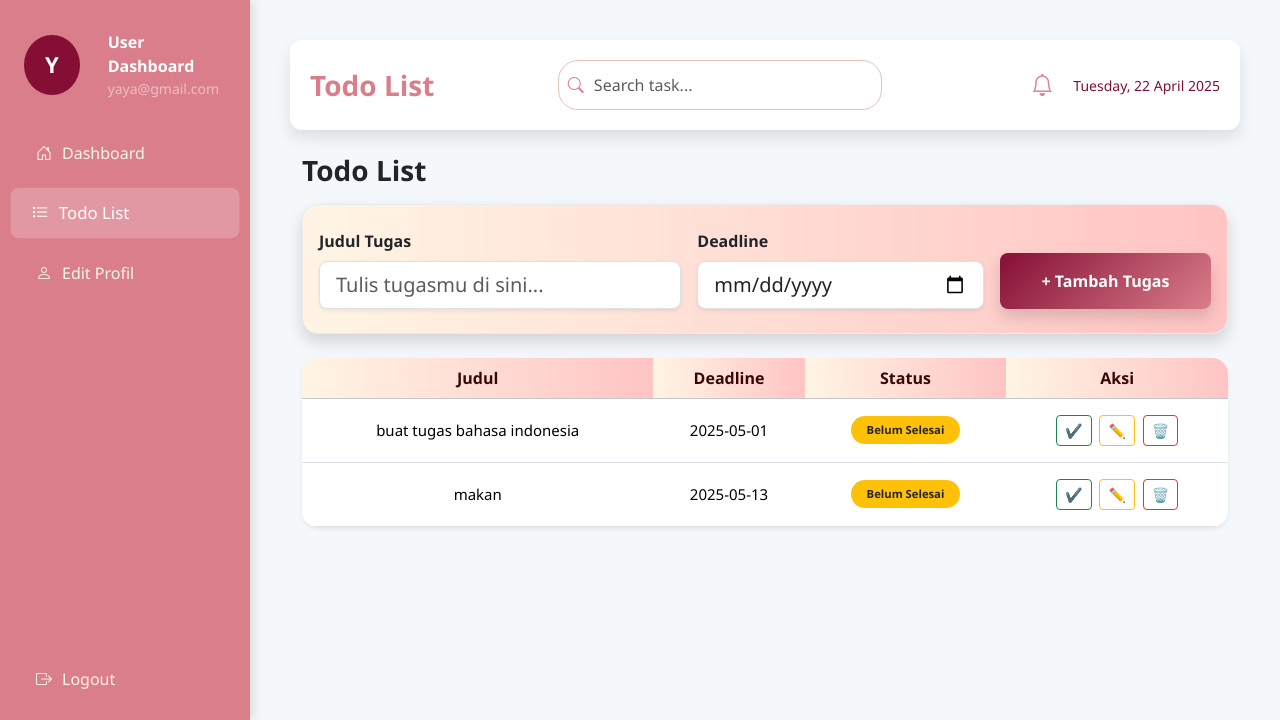
Repository: zhr-nabila/FloTime
Page: http://localhost/todo.php
An editor plug-in stored every save of this project. The page is shown before and after the next save, followed by the edit.
The browser window is 1280 px wide. The pictures show the whole page.
The page is run by PHP 8.4 with error messages shown; the project is at /var/www/html/. The session is filled in as if someone had signed in: {"email": "yaya@gmail.com", "status": "login", "user_id": 2}. The database holds what the project's SQL file puts in it.

Above is the page before, as saved 2025-04-23 12:16:17.

After the next save:
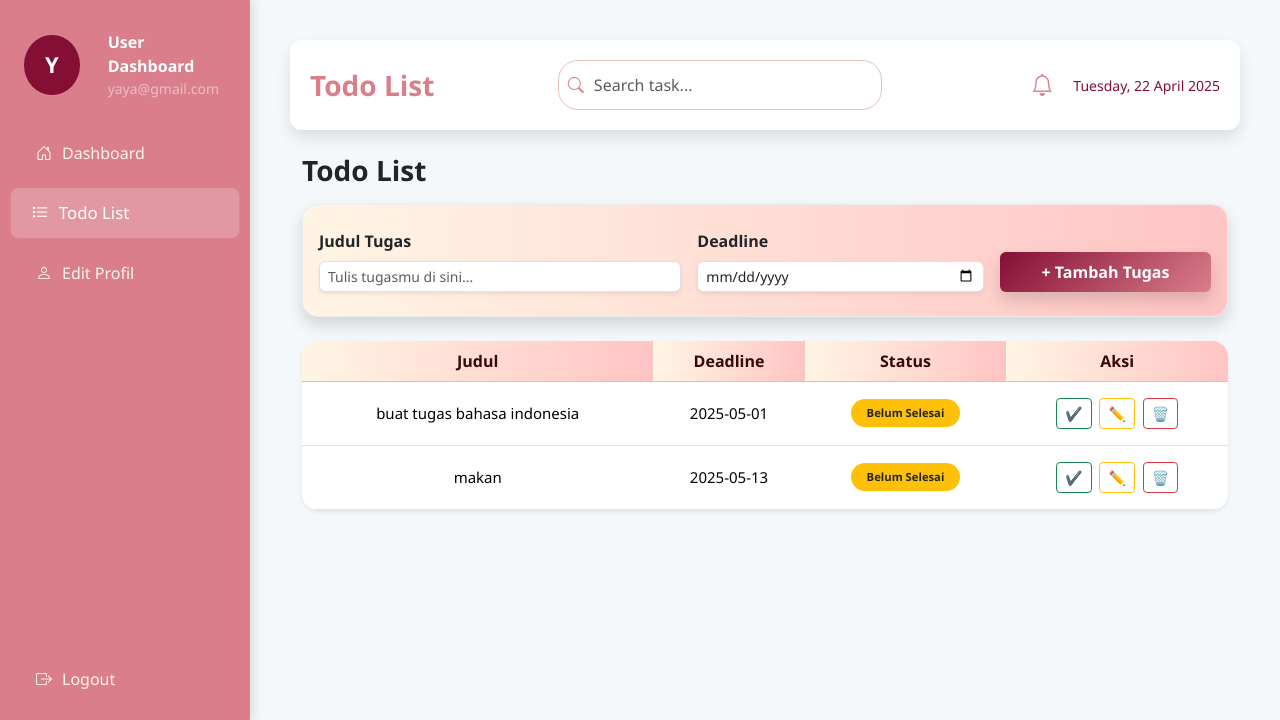
Saved 87 s later.
--- a/todo.php
+++ b/todo.php
@@ -100,17 +100,18 @@ if (!$result) {
     <div class="row align-items-end g-3">
         <div class="col-md-5">
             <label class="form-label fw-semibold">Judul Tugas</label>
-            <input type="text" name="title" class="form-control form-control-lg rounded-3 shadow-sm" placeholder="Tulis tugasmu di sini..." required>
+            <input type="text" name="title" class="form-control form-control-sm rounded-2 shadow-sm" placeholder="Tulis tugasmu di sini..." required>
         </div>
         <div class="col-md-4">
             <label class="form-label fw-semibold">Deadline</label>
-            <input type="date" name="deadline" class="form-control form-control-lg rounded-3 shadow-sm" required>
+            <input type="date" name="deadline" class="form-control form-control-sm rounded-2 shadow-sm" required>
         </div>
         <div class="col-md-3 d-grid">
-            <button type="submit" name="add_task" class="btn btn-gradient shadow fw-bold py-3 rounded-3">+ Tambah Tugas</button>
+            <button type="submit" name="add_task" class="btn btn-gradient shadow fw-semibold py-2 rounded-2">+ Tambah Tugas</button>
         </div>
     </div>
 </form>
+
 
 <?php if ($result->num_rows > 0): ?>
     <div class="table-responsive shadow-sm rounded-4 overflow-hidden">
